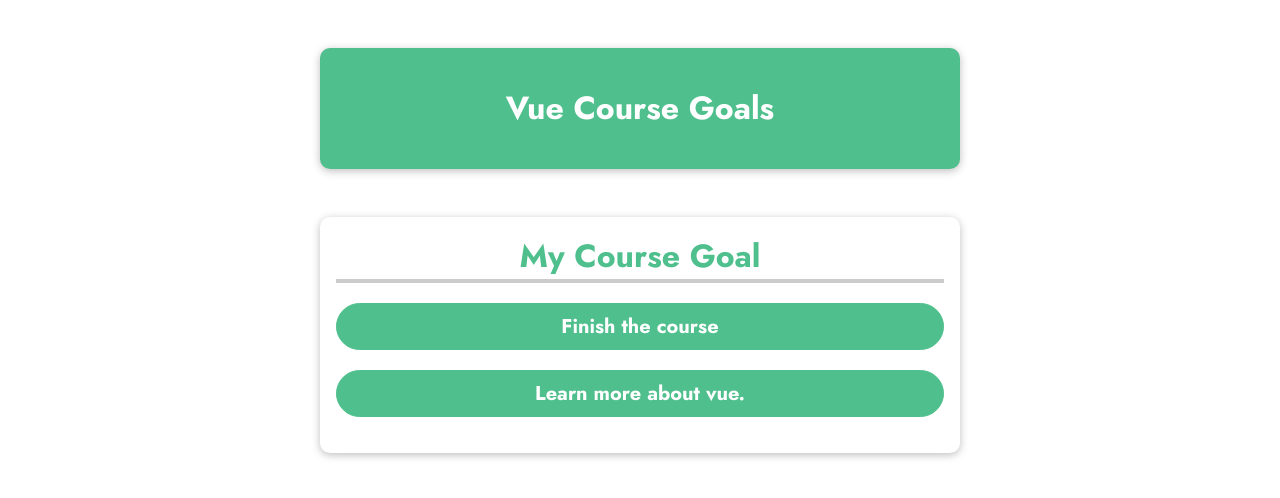
Repository: zmarkoni/Vue-The-Complete-Guide
Page: basics-01-starting-code/index.html
These files come from the project's save history. The page is drawn as it stood at one moment and after a run of saves; the edit follows.
The browser window is 1280 px wide. The pictures show the whole page.

Above is the page before, as saved 2020-12-29 10:10:00.

After the next 2 saves:
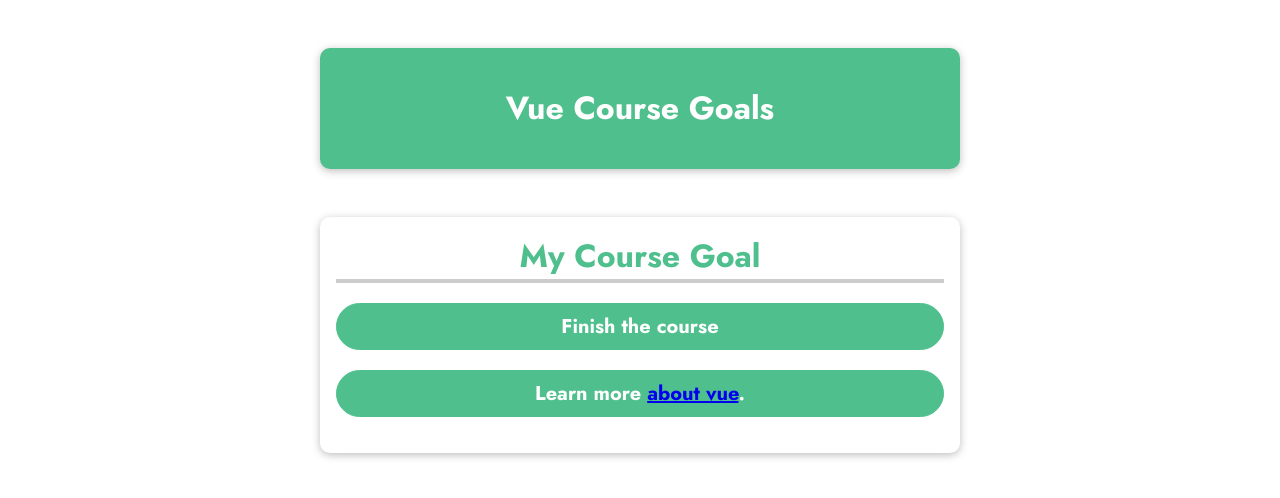
The 2 saves are shown as one change because they came seconds apart.
The last was saved 25 s later.
--- a/basics-01-starting-code/index.html
+++ b/basics-01-starting-code/index.html
@@ -19,7 +19,7 @@
     <section id="user-goal">
       <h2>My Course Goal</h2>
       <p>{{ courseGoal }}</p>
-      <p>Learn more <a v-bind:href="" >about vue</a>.</p>
+      <p>Learn more <a v-bind:href="vueLink">about vue</a>.</p>
     </section>
   </body>
 </html>
